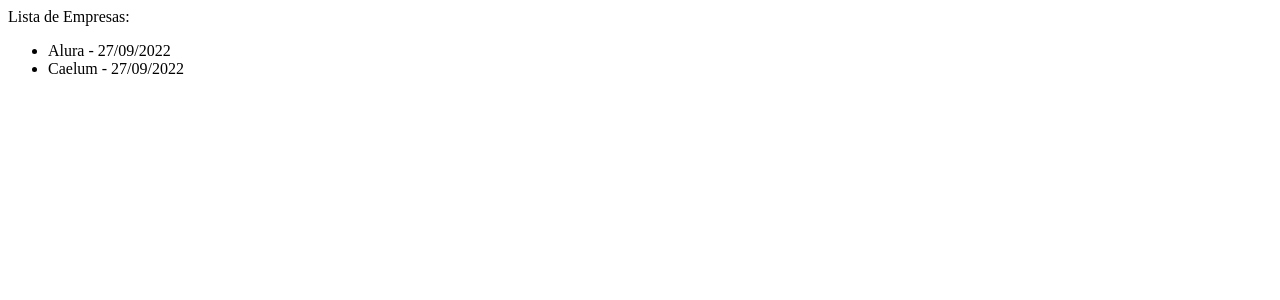
Repository: DiegoDBLe/JavaAlura
Page: http://localhost/gerenciador/listaEmpresas
An editor plug-in stored every save of this project. The page is shown before and after the next save, followed by the edit.
The browser window is 1280 px wide. The pictures show the whole page.
The page is served by Tomcat 10.

Above is the page before, as saved 2022-10-08 13:22:25.

After the next save:
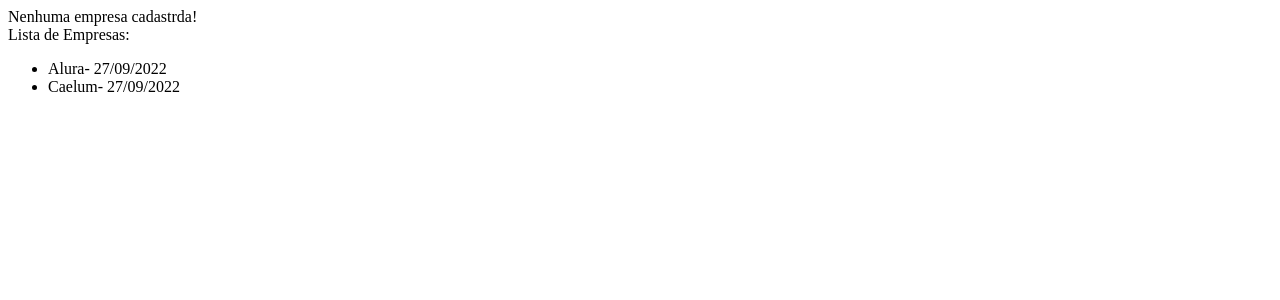
Saved 12 s later.
--- a/gerenciador/src/main/webapp/listaEmpresas.jsp
+++ b/gerenciador/src/main/webapp/listaEmpresas.jsp
@@ -2,8 +2,8 @@
 	pageEncoding="ISO-8859-1"%>
 <%@ page
 	import="java.util.List, br.com.alura.gerenciador.servlet.Empresa"%>
-<%@ taglib uri="http://java.sun.com/jsp/jstl/core" prefix="c" %>
-<%@ taglib uri="http://java.sun.com/jsp/jstl/fmt" prefix="fmt" %>
+<%@ taglib uri="http://java.sun.com/jsp/jstl/core" prefix="c"%>
+<%@ taglib uri="http://java.sun.com/jsp/jstl/fmt" prefix="fmt"%>
 <!DOCTYPE html>
 <html>
 <head>
@@ -12,6 +12,15 @@
 </head>
 <body>
 
+	<c:if test="${not empty empresa}">
+			Empresa ${empresa} cadastrada com sucesso!
+			<br>
+	</c:if>
+
+	<c:if test="${empty empresa}">
+			Nenhuma empresa cadastrda!
+			<br>
+	</c:if>
 	Lista de Empresas:
 	<br>
 
@@ -19,7 +28,9 @@
 
 		<c:forEach items="${empresas}" var="empresa">
 
-			<li>${empresa.nome} - <fmt:formatDate value="${empresa.dataAbertura}" pattern="dd/MM/yyyy"/> </li>
+			<li>${empresa.nome}- <fmt:formatDate
+					value="${empresa.dataAbertura}" pattern="dd/MM/yyyy" />
+			</li>
 
 		</c:forEach>
 
